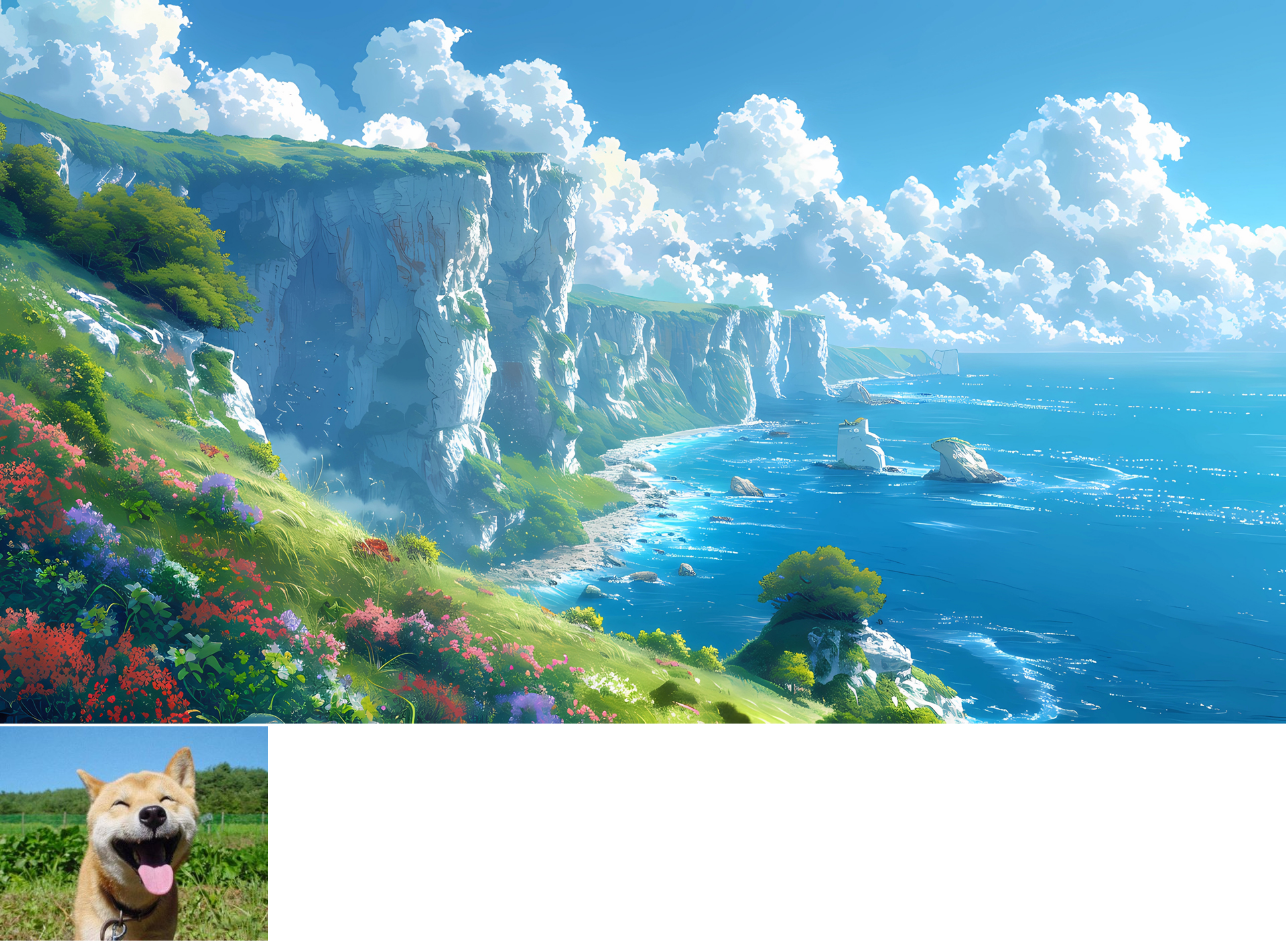
Repository: taoxiaofeng/hello-javascript
Page: master-class/position.html
An editor plug-in stored every save of this project. The page is shown before and after the next save, followed by the edit.
The browser window is 1280 px wide. The page is 1920 px wide, then 1280 px, so the pictures cover 1920 px, including what lies to the right of the window. The pictures show the whole page, at 67% of full size.

Above is the page before, as saved 2024-07-29 21:12:59.

After the next save:
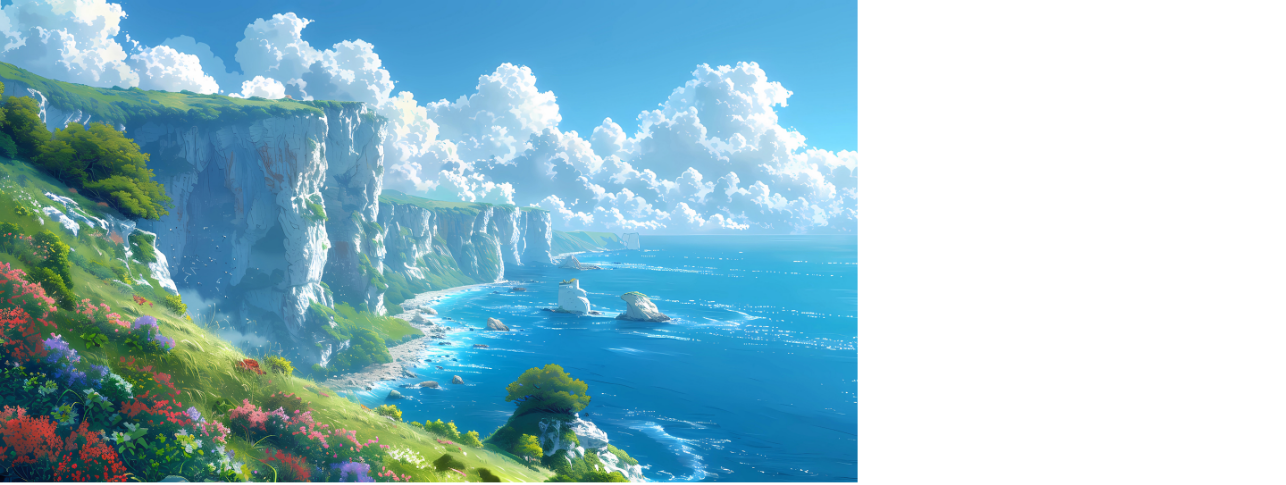
Saved 4 min 26 s later.
--- a/master-class/position.html
+++ b/master-class/position.html
@@ -12,16 +12,23 @@
       box-sizing: border-box;
     }
 
-    img {
+    .bg {
+      width: 100%;
+    }
 
+    .modal {
+      position: fixed;
+      background: red;
     }
   </style>
 </head>
 
 <body>
 
-  <img src="./images/bg.jpg" alt="">
-  <img src="./images/dog.jpg" alt="">
+  <img class="bg" src="./images/bg.jpg" alt="">
+  <div class="modal">
+    <img src="./images/dog.jpg" alt="">
+  </div>
 </body>
 
 </html>
